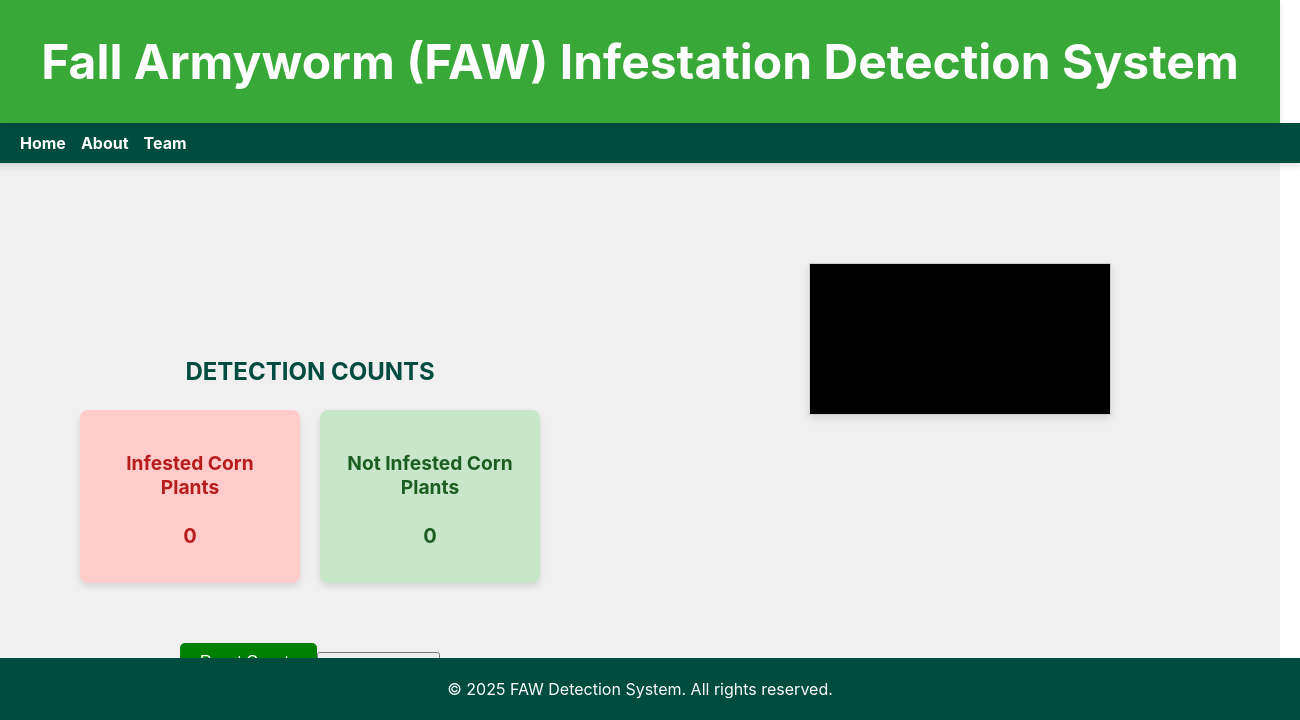
Repository: jansen223/faw-detection-main
Page: /
These files come from the project's save history. The page is drawn as it stood at one moment and after the next save; the edit follows.
The browser window is 1280 px wide. The page is 1300 px wide, so the pictures cover 1300 px, including what lies to the right of the window. The pictures show the whole page.
The page's requests for data from a server got no answer. The project was rebuilt for these pictures with package versions that can differ from the ones it lists, and the page was loaded fresh each time. No one was signed in, and anything a server would have sent is missing. Also part of the build but not shown: src/pages/About.css, src/pages/About.js, src/pages/Team.css, src/pages/Team.js, src/pages/Percentages.css, src/pages/Percentages.js.

Above is the page before, as saved 2025-04-10 12:33:20.

### public/index.html
<!DOCTYPE html>
<html lang="en">
<head>
  <meta charset="utf-8" />
  <link rel="icon" href="%PUBLIC_URL%/maize_icon.jpg" />
  <meta name="viewport" content="width=device-width, initial-scale=1" />
  <meta name="theme-color" content="#000000" />
  <meta name="description" content="FAW Detection Web Interface" />
  <title>FAW Detection</title>
</head>
<body>
  <noscript>You need to enable JavaScript to run this app.</noscript>
  <div id="root"></div>
</body>
</html>

### src/App.js
import React, { useEffect, useRef } from 'react';
import { BrowserRouter as Router, Routes, Route, Link } from 'react-router-dom';
import { io } from 'socket.io-client';
import Home from './pages/Home';
import About from './pages/About';
import Team from './pages/Team';
import Percentages from './pages/Percentages';
import './App.css';

function App() {
  const canvasRef = useRef(null);
  const socketRef = useRef(null);
  const [counts, setCounts] = React.useState({ infested: 0, notInfested: 0 });

  useEffect(() => {
    socketRef.current = io('http://192.168.254.108:5000');

    let lastRenderTime = 0;
    socketRef.current.on('video_frame', (data) => {
      const now = Date.now();
      if (now - lastRenderTime < 100) return; // Skip frames if less than 100ms
      lastRenderTime = now;

      const img = new Image();
      img.src = `data:[embedded picture, 38 characters]

      img.onload = () => {
        const canvas = canvasRef.current;
        if (!canvas) return;
        const ctx = canvas.getContext('2d');
        canvas.width = img.width;
        canvas.height = img.height;
        ctx.drawImage(img, 0, 0);
      };
    });

    socketRef.current.on('detection_counts', (data) => {
      setCounts({
        infested: data.infested_count,
        notInfested: data.not_infested_count
      });
    });

    return () => {
      if (socketRef.current) socketRef.current.disconnect();
    };
  }, []);

  const resetCounts = async () => {
    try {
      const response = await fetch('http://192.168.254.108:5000/reset_counts', {
        method: 'POST',
      });
      const data = await response.json();
      if (data.message) {
        setCounts({ infested: 0, notInfested: 0 });
        alert(data.message);
      }
    } catch (error) {
      console.error('Error resetting counts:', error);
    }
  };

  return (
    <Router>
      <div className="App">
        <header className="App-header">
          <h1>Fall Armyworm (FAW) Infestation Detection System</h1>
        </header>
        <nav className="App-navbar">
          <ul>
            <li><Link to="/">Home</Link></li>
            <li><Link to="/about">About</Link></li>
            <li><Link to="/team">Team</Link></li>
          </ul>
        </nav>
        <Routes>
          <Route path="/" element={<Home canvasRef={canvasRef} counts={counts} resetCounts={resetCounts} />} />
          <Route path="/about" element={<About />} />
          <Route path="/team" element={<Team />} />
          <Route path="/percentages" element={<Percentages counts={counts} />} />
        </Routes>
        <footer className="App-footer">
          <p>&copy; 2025 FAW Detection System. All rights reserved.</p>
        </footer>
      </div>
    </Router>
  );
}

export default App;

### src/pages/Home.js
import React from 'react';
import { useNavigate } from 'react-router-dom';
import './Home.css';

function Home({ canvasRef, counts, resetCounts }) {
  const navigate = useNavigate();

  const handleViewPercentages = () => {
    navigate('/percentages');
  };

  return (
    <div className="layout-container">
      <div className="detection-section">
        <h3>DETECTION COUNTS</h3>
        <div className="detection-cards">
          <div className="card infested">
            <h4>Infested Corn Plants</h4>
            <p>{counts.infested}</p>
          </div>
          <div className="card not-infested">
            <h4>Not Infested Corn Plants</h4>
            <p>{counts.notInfested}</p>
          </div>
        </div>
        <button onClick={resetCounts} className="reset-button">
          Reset Counts
        </button>
        <button onClick={handleViewPercentages} className="view-percentages-button">
          View Percentages
        </button>
      </div>
      <div className="camera-section">
        <canvas ref={canvasRef} />
      </div>
    </div>
  );
}

export default Home;

### src/App.css
body {
  margin: 0;
  padding: 0;
}

.App {
  text-align: center;
  background-color: #f0f0f0;
  min-height: 100vh;
  display: flex;
  flex-direction: column;
  align-items: center;
}

.App-header {
  background-color: rgba(9, 151, 9, 0.795);
  color: white;
  text-align: center;
  font-size: 1.5rem;
  font-weight: bold;
  box-shadow: 0 4px 6px rgba(0, 0, 0, 0.1);
  position: sticky;
  top: 0;
  z-index: 1000;
  width: 100%;
  margin: 0;
  box-sizing: border-box;
}

.App-navbar {
  background-color: #004d40;
  color: white;
  padding: 10px 20px;
  position: sticky;
  display: flex;
  justify-content: space-between;
  align-items: center;
  box-shadow: 0 4px 6px rgba(0, 0, 0, 0.1);
  width: 100%;
}

.App-navbar ul {
  list-style: none;
  display: flex;
  gap: 15px;
  margin: 0;
  padding: 0;
  padding-left: 20px;
}

.App-navbar a {
  color: white;
  text-decoration: none;
  font-weight: bold;
}

.App-navbar a:hover {
  text-decoration: underline;
}

.App-footer {
  background-color: #004d40;
  color: white;
  padding: 5px 20px;
  text-align: center;
  position: fixed;
  bottom: 0;
  width: 100%;
}

### src/pages/Home.css
.layout-container {
  display: flex;
  justify-content: center;
  align-items: flex-start;
  gap: 100px;
  width: 100%;
  padding: 20px;
  box-sizing: border-box;
}

.detection-section {
  flex: 1;
  max-width: 600px;
  text-align: center;
  margin-top: 150px;
  margin-left: 60px;
  margin-right: 20px;
}

.detection-section h3 {
  font-size: 1.5rem;
  font-weight: bold;
  color: #004d40;
}

.detection-cards {
  display: flex;
  gap: 20px;
  margin-top: 10px;
}

.detection-cards .card {
  padding: 15px;
  border-radius: 8px;
  box-shadow: 0 4px 6px rgba(0, 0, 0, 0.1);
  text-align: center;
  flex: 1;
  transition: transform 0.3s ease;
}

.detection-cards .card:hover {
  transform: scale(1.05);
}

.detection-cards .card.infested {
  background-color: #ffcccb;
  color: #b71c1c;
}

.detection-cards .card.not-infested {
  background-color: #c8e6c9;
  color: #1b5e20;
}

.detection-cards .card h4 {
  font-size: 1.2rem;
}

.detection-cards .card p {
  font-size: 1.25rem;
  font-weight: bold;
}

.camera-section {
  flex: 2;
  display: flex;
  justify-content: center;
  max-width: 600px;
}

canvas {
  box-shadow: 0 4px 8px rgba(0, 0, 0, 0.1);
  background: black;
  margin-top: 80px;
  max-width: 100%;
  border: 1px solid #ccc;
}

.reset-button {
  margin-top: 60px;
  padding: 10px 20px;
  background-color: green;
  color: white;
  border: none;
  border-radius: 5px;
  cursor: pointer;
  font-size: 1rem;
  transition: background-color 0.3s ease;
}

.reset-button:hover {
  background-color: darkgreen;
}

Loaded but not shown: src/index.js (common file); src/index.css (common file); src/reportWebVitals.js (common file)

After the next save:
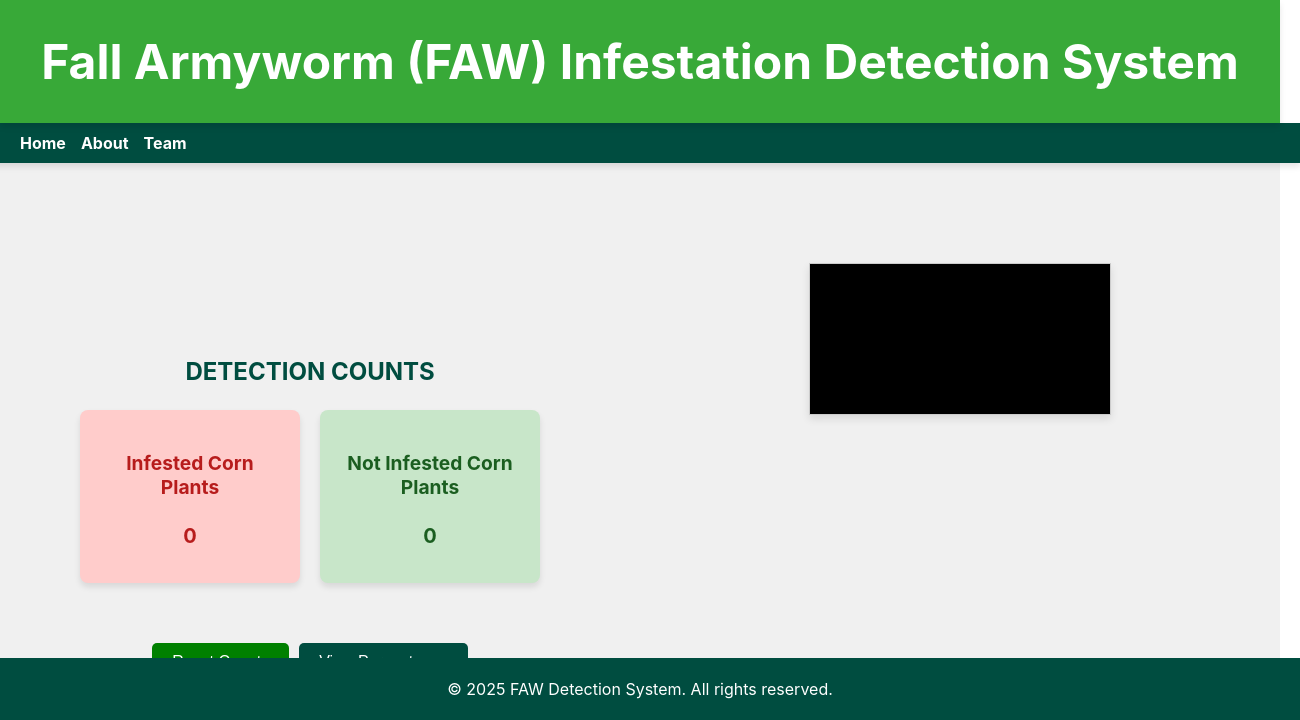
Saved 2 min 49 s later.
--- a/src/pages/Home.css
+++ b/src/pages/Home.css
@@ -91,3 +91,20 @@ canvas {
 .reset-button:hover {
   background-color: darkgreen;
 }
+
+.view-percentages-button {
+  margin-top: 20px; /* Add spacing above the button */
+  margin-left: 10px; /* Optional: Add spacing to the left */
+  padding: 10px 20px;
+  background-color: #004d40;
+  color: white;
+  border: none;
+  border-radius: 5px;
+  cursor: pointer;
+  font-size: 1rem;
+  transition: background-color 0.3s ease;
+}
+
+.view-percentages-button:hover {
+  background-color: #00332e;
+}
